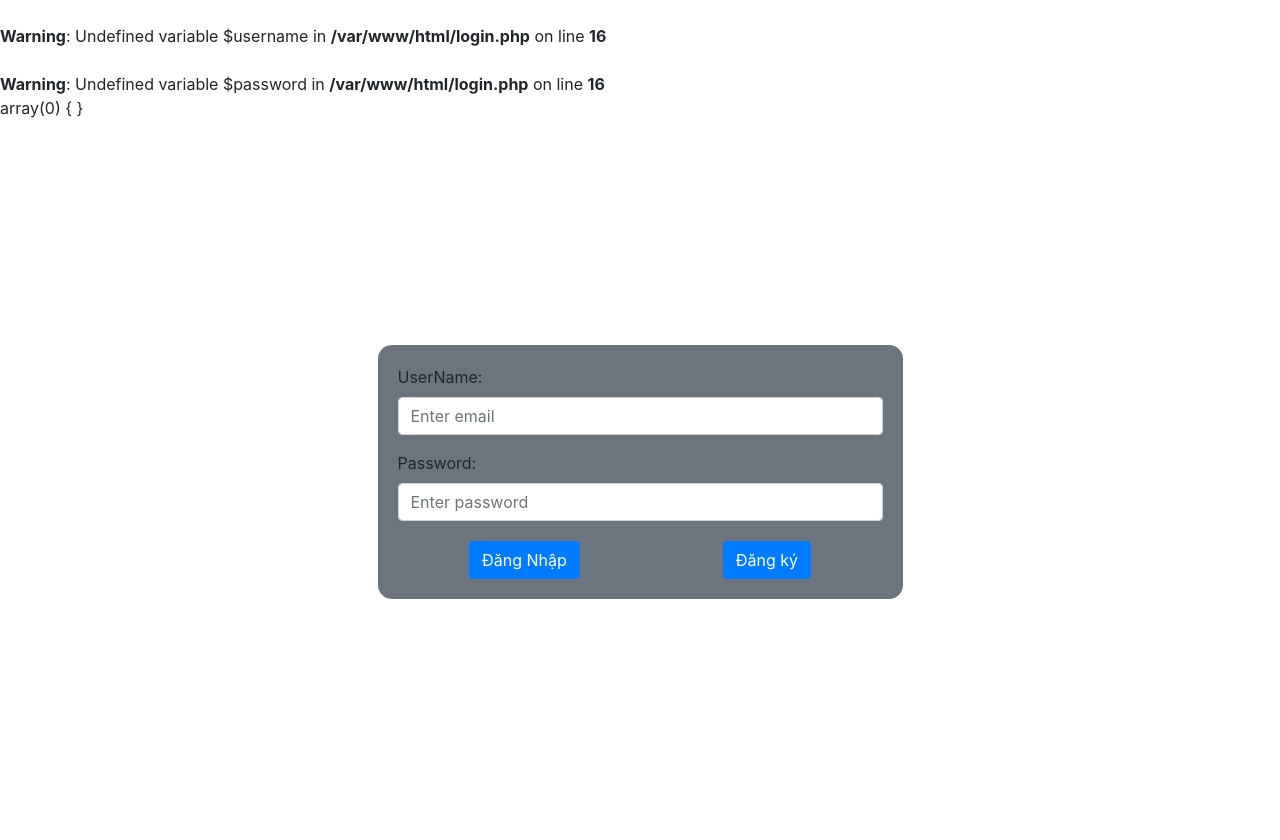
Repository: huutien1904/bai3-ltw
Page: http://localhost/login.php
These files come from the project's save history. The page is drawn as it stood at one moment and after the next save; the edit follows.
The browser window is 1280 px wide. The pictures show the whole page.
The page is run by PHP 8.4 with error messages shown; the project is at /var/www/html/. Queries for data that is not in the repository find no rows.

Above is the page before, as saved 2021-11-22 00:34:13.

### login.php
<?php
    if(!empty($_POST)){
        $username = $_POST['username'];
        $password = $_POST['password'];

    }
    // tao ket noi
    $connect = new mysqli("localhost","root","","bai3");
    // them duoc tieng viet
    // mysqli_set_charset('utf8', $connect);
    mysqli_set_charset($connect,"utf8");
    // check loi
    if ($connect->connect_error) {
        die("Connection failed: " . $conn->connect_error);
    }
    $query = "SELECT * FROM  admin WHERE username = '".$username."' AND password='".$password."'";
    $result = mysqli_query($connect,$query);
    $data = array();
    while($row = mysqli_fetch_array($result,1)){
        $data = $row;
    }
    if($data != null && count($data) > 0){
        header("Location:index.php");
    }
    var_dump ($data);
    // close connect
    $connect->close();

?>
<!DOCTYPE html>
<html lang="en">
<head>
    <meta charset="UTF-8">
    <meta http-equiv="X-UA-Compatible" content="IE=edge">
    <meta name="viewport" content="width=device-width, initial-scale=1.0">
    <link rel="stylesheet" href="https://maxcdn.bootstrapcdn.com/bootstrap/4.5.2/css/bootstrap.min.css">

    <script src="https://ajax.googleapis.com/ajax/libs/jquery/3.5.1/jquery.min.js"></script>
    <script src="https://cdnjs.cloudflare.com/ajax/libs/popper.js/1.16.0/umd/popper.min.js"></script>
    <script src="https://maxcdn.bootstrapcdn.com/bootstrap/4.5.2/js/bootstrap.min.js"></script>
    <link rel="stylesheet" href="./style_login.css">
    <title>Login Quản lý khách hàng</title>
</head>
<body>
    <div class="container  d-flex justify-content-center align-items-center" style="height:100vh;">
        <div class="col-md-6">
            <form  class="form_login" method="post">
                <div class="form-group">
                    <label for="email">UserName:</label>
                    <input type="text" class="form-control" placeholder="Enter email" id="email" name="username">
                </div>
                <div class="form-group">
                    <label for="pwd">Password:</label>
                    <input type="password" class="form-control" placeholder="Enter password" id="pwd" name="password">
                </div>
                <div class="button">
                    <button type="submit" class="btn btn-primary">Đăng Nhập</button>
                    <button type="submit" class="btn btn-primary">Đăng ký</button>
                </div>

            </form>
        </div>
    </div>
</body>
</html>
<style>
    .form_login{
        padding: 20px !important;
        background: var(--secondary) !important;
        border-radius: 14px;
    }
    .button{
        display: flex;
        justify-content: space-around;
        margin-top: 20px;
    }
  </style>

### style_login.css
.form_login{
    padding: 20px !important;
    background: var(--secondary) !important;
    border-radius: 14px;
}

After the next save:
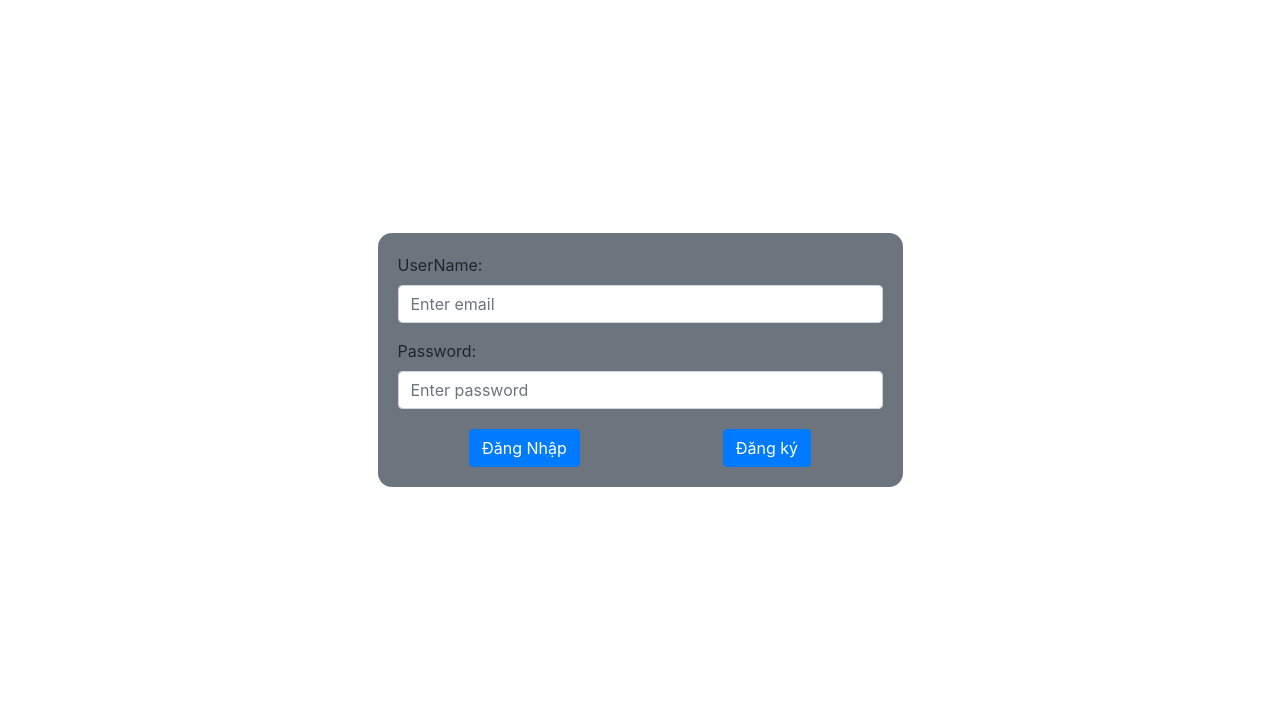
Saved 3 min 57 s later.
--- a/login.php
+++ b/login.php
@@ -4,27 +4,28 @@
         $password = $_POST['password'];
 
     }
-    // tao ket noi
-    $connect = new mysqli("localhost","root","","bai3");
-    // them duoc tieng viet
-    // mysqli_set_charset('utf8', $connect);
-    mysqli_set_charset($connect,"utf8");
-    // check loi
-    if ($connect->connect_error) {
-        die("Connection failed: " . $conn->connect_error);
+    if(isset($_POST['username']) && isset($_POST['password'])){
+        // tao ket noi
+        $connect = new mysqli("localhost","root","","bai3");
+        // them duoc tieng viet
+        // mysqli_set_charset('utf8', $connect);
+        mysqli_set_charset($connect,"utf8");
+        // check loi
+        if ($connect->connect_error) {
+            die("Connection failed: " . $conn->connect_error);
+        }
+        $query = "SELECT * FROM  admin WHERE username = '".$username."' AND password='".$password."'";
+        $result = mysqli_query($connect,$query);
+        $data = array();
+        while($row = mysqli_fetch_array($result,1)){
+            $data = $row;
+        }
+        if($data != null && count($data) > 0){
+            header("Location:index.php");
+        }
+        // close connect
+        $connect->close();
     }
-    $query = "SELECT * FROM  admin WHERE username = '".$username."' AND password='".$password."'";
-    $result = mysqli_query($connect,$query);
-    $data = array();
-    while($row = mysqli_fetch_array($result,1)){
-        $data = $row;
-    }
-    if($data != null && count($data) > 0){
-        header("Location:index.php");
-    }
-    var_dump ($data);
-    // close connect
-    $connect->close();
 
 ?>
 <!DOCTYPE html>
